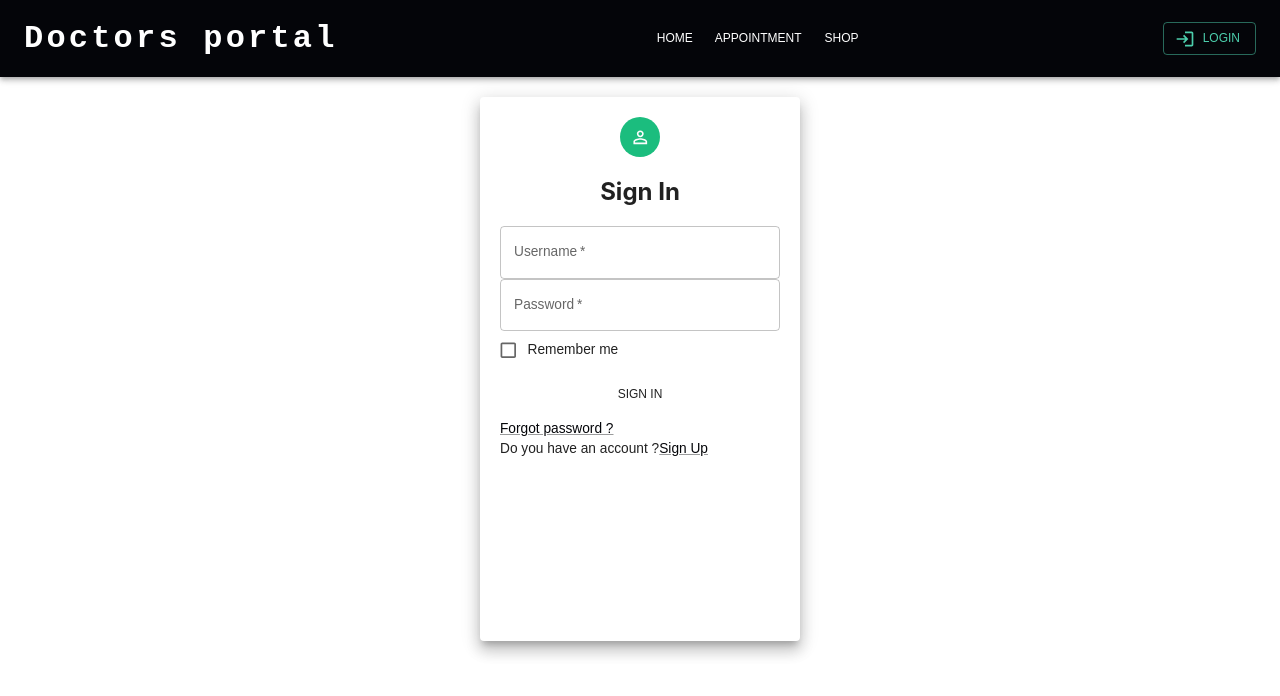
Repository: mdrubel02/health-care
Page: /login
These files come from the project's save history. The page is drawn as it stood at one moment and after the next save; the edit follows.
The browser window is 1280 px wide. The pictures show the whole page.
The project was rebuilt for these pictures with package versions that can differ from the ones it lists, and the page was loaded fresh each time. Also part of the build but not shown: src/Pages/Appointment/Appointment.js, src/Pages/Home/Banner/Banner.js, src/Pages/Home/Information/Information.js, src/Pages/Home/Services/Services.js, src/Pages/Home/Home.js, src/Animation/index.js, src/Styles/Product/index.js, src/Pages/Shop/ProductMeta.js and 3 more.

Above is the page before, as saved 2022-11-20 14:08:23.

### src/index.js
import React from 'react';
import ReactDOM from 'react-dom';
import './index.css';
import App from './App';
import reportWebVitals from './reportWebVitals';
import { ColorContextProvider } from './Theme/Theme';

ReactDOM.render(
  <React.StrictMode>
    <ColorContextProvider>
      <App />
    </ColorContextProvider>
  </React.StrictMode>,
  document.getElementById('root')
);

// If you want to start measuring performance in your app, pass a function
// to log results (for example: reportWebVitals(console.log))
// or send to an analytics endpoint. Learn more: https://bit.ly/CRA-vitals
reportWebVitals();

### src/App.js
import { RouterProvider } from 'react-router-dom';
import router from './Layout/router';

function App() {
  return (
    <div>
     <RouterProvider router={router}></RouterProvider>
    </div>
  );
}

export default App;

### src/Theme/Theme.js
import { createTheme, ThemeProvider } from "@mui/material";
import { createContext, useMemo, useState } from "react";

// color design tokens export
export const DrawerWidth = 250;
export const tokens = (mode) => ({
    ...(mode === "dark"
        ? {
            grey: {
                100: "#e0e0e0",
                200: "#c2c2c2",
                300: "#a3a3a3",
                400: "#858585",
                500: "#666666",
                600: "#525252",
                700: "#3d3d3d",
                800: "#292929",
                900: "#141414",
            },
            primary: {
                100: "#d0d1d5",
                200: "#a1a4ab",
                300: "#727681",
                400: "#1F2A40",
                500: "#141b2d",
                600: "#101624",
                700: "#0c101b",
                800: "#080b12",
                900: "#040509",
            },
            greenAccent: {
                100: "#dbf5ee",
                200: "#b7ebde",
                300: "#94e2cd",
                400: "#70d8bd",
                500: "#4cceac",
                600: "#3da58a",
                700: "#2e7c67",
                800: "#1e5245",
                900: "#0f2922",
            },
            redAccent: {
                100: "#f8dcdb",
                200: "#f1b9b7",
                300: "#e99592",
                400: "#e2726e",
                500: "#db4f4a",
                600: "#af3f3b",
                700: "#832f2c",
                800: "#58201e",
                900: "#2c100f",
            },
            blueAccent: {
                100: "#e1e2fe",
                200: "#c3c6fd",
                300: "#a4a9fc",
                400: "#868dfb",
                500: "#6870fa",
                600: "#535ac8",
                700: "#3e4396",
                800: "#2a2d64",
                900: "#151632",
            },
        }
        : {
            grey: {
                100: "#141414",
                200: "#292929",
                300: "#3d3d3d",
                400: "#525252",
                500: "#666666",
                600: "#858585",
                700: "#a3a3a3",
                800: "#c2c2c2",
                900: "#e0e0e0",
            },
            primary: {
                100: "#040509",
                200: "#080b12",
                300: "#0c101b",
                400: "#f2f0f0", // manually changed
                500: "#141b2d",
                600: "#1F2A40",
                700: "#727681",
                800: "#a1a4ab",
                900: "#d0d1d5",
            },
            greenAccent: {
                100: "#0f2922",
                200: "#1e5245",
                300: "#2e7c67",
                400: "#3da58a",
                500: "#4cceac",
                600: "#70d8bd",
                700: "#94e2cd",
                800: "#b7ebde",
                900: "#dbf5ee",
            },
            redAccent: {
                100: "#2c100f",
                200: "#58201e",
                300: "#832f2c",
                400: "#af3f3b",
                500: "#db4f4a",
                600: "#e2726e",
                700: "#e99592",
                800: "#f1b9b7",
                900: "#f8dcdb",
            },
            blueAccent: {
                100: "#151632",
                200: "#2a2d64",
                300: "#3e4396",
                400: "#535ac8",
                500: "#6870fa",
                600: "#868dfb",
                700: "#a4a9fc",
                800: "#c3c6fd",
                900: "#e1e2fe",
            },
        }),
});

// mui theme settings
export const themeSettings = (mode) => {
    const colors = tokens(mode);
    return {
        palette: {
            mode: mode,
            ...(mode === "dark"
                ? {
                    // palette values for dark mode
                    primary: {
                        main: colors.primary[500],
                    },
                    secondary: {
                        main: colors.greenAccent[500],
                    },
                    neutral: {
                        dark: colors.grey[700],
                        main: colors.grey[500],
                        light: colors.grey[100],
                    },
                    background: {
                        default: colors.primary[500],
                    },
                }
                : {
                    // palette values for light mode
                    primary: {
                        main: colors.primary[100],
                    },
                    secondary: {
                        main: colors.greenAccent[500],
                    },
                    neutral: {
                        dark: colors.grey[700],
                        main: colors.grey[500],
                        light: colors.grey[100],
                    },
                    background: {
                        default: "#fcfcfc",
                    },
                }),
        },
        components: {

            MuiButton: {
                defaultProps: {
                    disableRipple: true,
                    disableElevation: true,
                    styleOverrides: {
                        textDecoration: 'none',
                        "&:hover": {
                            color: "#fff"
                        }
                    },
                },
                MuiTooltip: {
                    defaultProps: {
                      arrow: true,
                    },
                    styleOverrides: {
                      tooltip: {
                        background: '',
                      },
                      arrow: {
                        color: '',
                      },
                    },
                  },
            },
            MuiDrawer: {
                styleOverrides: {
                  paper: {
                    width: DrawerWidth,
                    background: '',
                    color: '',
                    borderRadius: '0px 100px 0px 0px',
                    borderRight: `1px solid `
                  }
                }
              },
              MuiDivider: {
                styleOverrides: {
                  root: {
                    borderColor: 'gray'
                  }
                }
              },
        },
        typography: {
            fontFamily: ["Source Sans Pro", "sans-serif"].join(","),
            fontSize: 12,
            h1: {
                fontFamily: ["Source Sans Pro", "sans-serif"].join(","),
                fontSize: 40,
            },
            h2: {
                fontFamily: ["Source Sans Pro", "sans-serif"].join(","),
                fontSize: 32,
            },
            h3: {
                fontSize: '1.3rem',
                letterSpacing: '0rem',
                '@media (min-width:600px)': {
                  fontSize: '2rem',
                },
            },
            h4: {
                fontFamily: ["Source Sans Pro", "sans-serif"].join(","),
                fontSize: 20,
            },
            h5: {
                fontFamily: ["Source Sans Pro", "sans-serif"].join(","),
                fontSize: 16,
            },
            h6: {
                fontFamily: ["Source Sans Pro", "sans-serif"].join(","),
                fontSize: 14,
            },
        },
    };
};

export const ColorModeContext = createContext({
    toggleMode: () => { },
    mode: "light"
})


export const ColorContextProvider = ({ children }) => {
    const [mode, setMode] = useState("light")

    const colorMode = useMemo(() => ({
        toggleMode: () => setMode(prevMode => prevMode === "light" ? "dark" : "light"),
        mode
    }), [mode])
    const theme = useMemo(() => createTheme(themeSettings(mode)), [mode]);

    return (
        <ColorModeContext.Provider value={colorMode}>
            <ThemeProvider theme={theme}>
                {children}
            </ThemeProvider>
        </ColorModeContext.Provider>
    )
}

### src/Layout/router.js
import { createBrowserRouter } from "react-router-dom";
import Appointment from "../Pages/Appointment/Appointment";
import Home from "../Pages/Home/Home";
import Login from "../Pages/Login/Login";
import Shop from "../Pages/Shop/Shop";
import Main from "./Main";


const router = createBrowserRouter([{
    path: '/',
    element: <Main/>,
    children: [
        {path: '/',element: <Home/>},
        {path: '/home',element: <Home/>},
        {path: '/appointment',element: <Appointment/>},
        {path: '/shop',element: <Shop/>},
        {path: '/login',element: <Login/>},
    ]
}])
export default router;

### src/Pages/Login/Login.js
import { Avatar, Button, Checkbox, FormControlLabel, Grid, Link, Paper, TextField, Typography } from '@mui/material';
import PersonOutlineIcon from '@mui/icons-material/PersonOutline';
import React from 'react';

const Login = () => {
    const paperStyle={padding :20,height:'70vh',width:280, margin:"20px auto"}
    const avatarStyle={backgroundColor:'#1bbd7e'}
    const btnstyle={margin:'8px 0'}
    return (
        <Grid>
            <Paper elevation={10} style={paperStyle}>
                <Grid align='center'>
                     <Avatar style={avatarStyle}><PersonOutlineIcon/></Avatar>
                    <h2>Sign In</h2>
                </Grid>
                <TextField label='Username' placeholder='Enter username' fullWidth required/>
                <TextField label='Password' placeholder='Enter password' type='password' fullWidth required/>
                <FormControlLabel
                    control={
                    <Checkbox
                        name="checkedB"
                        color="secondary"
                    />
                    }
                    label="Remember me"
                 />
                <Button type='submit' color='primary' variant="contend" style={btnstyle} fullWidth>Sign in</Button>
                <Typography >
                     <Link href="#" >
                        Forgot password ?
                </Link>
                </Typography>
                <Typography > Do you have an account ?
                     <Link href="#" >
                        Sign Up
                </Link>
                </Typography>
            </Paper>
        </Grid>
    );
};

export default Login;

### src/Layout/Main.js
import React from 'react';
import { Outlet } from 'react-router-dom';
import Header from '../Pages/Header/Header';

const Main = () => {
    return (
        <div>
           <Header/>
           <Outlet/>

        </div>
    );
};

export default Main;

### src/Pages/Header/Header.js
import { AppBar, Avatar, Box, Button, Container, IconButton, Menu, MenuItem, Toolbar, Tooltip, Typography, useTheme } from '@mui/material';
import AdbIcon from '@mui/icons-material/Adb';
import MenuIcon from '@mui/icons-material/Menu';
import { Link as RouterLink } from 'react-router-dom';
import React, { useState } from 'react';
import { tokens } from '../../Theme/Theme';
// import { Link } from 'react-router-dom';
import LoginIcon from '@mui/icons-material/Login';
import './Header.css'


const settings = ['Profile', 'Account', 'Dashboard', 'Logout'];

const Header = () => {
    const theme = useTheme();
    const colors = tokens(theme.palette.mode);
    const [anchorElNav, setAnchorElNav] = useState(null);
    const [anchorElUser, setAnchorElUser] = useState(null);

    const items = <React.Fragment>
        <Button sx={{ color: 'white' }} component={RouterLink} to="/home">Home</Button>
        <Button sx={{ color: 'white' }} component={RouterLink} to="/appointment">Appointment</Button>
        <Button sx={{ color: 'white' }} component={RouterLink} to="/shop">Shop</Button>
    </React.Fragment>

    const handleOpenNavMenu = (event) => {
        setAnchorElNav(event.currentTarget);
    };
    const handleOpenUserMenu = (event) => {
        setAnchorElUser(event.currentTarget);
    };

    const handleCloseNavMenu = () => {
        setAnchorElNav(null);
    };

    const handleCloseUserMenu = () => {
        setAnchorElUser(null);
    };
    return (
        <AppBar position="static">
            <Container maxWidth="xl">
                <Toolbar disableGutters>

                    <Typography
                        variant="h3"
                        noWrap
                        component="a"
                        href="/"
                        sx={{
                            mr: 2,
                            display: { xs: 'none', md: 'flex' },
                            fontFamily: 'monospace',
                            fontWeight: 700,
                            letterSpacing: '.2rem',
                            color: 'inherit',
                            textDecoration: 'none',
                        }}
                    >
                        Doctors portal
                    </Typography>

                    <Box className='middle' sx={{ flexGrow: 1, display: { xs: 'flex', md: 'none' }, justifyContent: 'center' }}>
                        <IconButton
                            size="large"
                            aria-label="account of current user"
                            aria-controls="menu-appbar"
                            aria-haspopup="true"
                            onClick={handleOpenNavMenu}
                            color="inherit"
                        >
                            <MenuIcon />
                        </IconButton>
                        <Menu
                            id="menu-appbar"
                            anchorEl={anchorElNav}
                            anchorOrigin={{
                                vertical: 'bottom',
                                horizontal: 'left',
                            }}
                            keepMounted
                            transformOrigin={{
                                vertical: 'top',
                                horizontal: 'left',
                            }}
                            open={Boolean(anchorElNav)}
                            onClose={handleCloseNavMenu}
                            sx={{
                                display: { xs: 'block', md: 'none' },
                            }}
                        >

                            <MenuItem onClick={handleCloseNavMenu}>
                                <Typography variant="h5" sx={{ color: 'withe' }} textAlign="center">{items}</Typography>
                            </MenuItem>

                        </Menu>
                    </Box>

                    <Typography
                        variant="h3"
                        noWrap
                        component="a"
                        href=""
                        sx={{
                            mr: 2,
                            display: { xs: 'flex', md: 'none' },
                            flexGrow: 1,
                            fontFamily: 'monospace',
                            fontWeight: 700,
                            letterSpacing: '.3rem',
                            color: 'inherit',
                            textDecoration: 'none',
                        }}
                    >
                        Doctors portal
                    </Typography>
                    <Box sx={{ flexGrow: 1, display: { xs: 'none', md: 'flex' } }}>

                        <Button

                            onClick={handleCloseNavMenu}
                            sx={{ color: `${colors.grey[400]} !important`, my: 2, display: 'block' }}
                        >
                            {items}
                        </Button>

                    </Box>





                    <Box sx={{ flexGrow: 0 }}>
                        <Button
                            color='secondary'
                            variant="outlined" component={RouterLink} to='/login' startIcon={<LoginIcon />}>
                            Login
                        </Button>
                        {/* <Tooltip title="Open settings">
                            <IconButton onClick={handleOpenUserMenu} sx={{ p: 0 }}>
                                <Avatar alt="Remy Sharp" src="/static/images/avatar/2.jpg" />
                            </IconButton>
                        </Tooltip>
                        <Menu
                            sx={{ mt: '45px' }}
                            id="menu-appbar"
                            anchorEl={anchorElUser}
                            anchorOrigin={{
                                vertical: 'top',
                                horizontal: 'right',
                            }}
                            keepMounted
                            transformOrigin={{
                                vertical: 'top',
                                horizontal: 'right',
                            }}
                            open={Boolean(anchorElUser)}
                            onClose={handleCloseUserMenu}
                        >
                            {settings.map((setting) => (
                                <MenuItem key={setting} onClick={handleCloseUserMenu}>
                                    <Typography textAlign="center">{setting}</Typography>
                                </MenuItem>
                            ))}
                        </Menu> */}
                    </Box>
                </Toolbar>
            </Container>
        </AppBar>
    );
};

export default Header;

### src/Pages/Header/Header.css
.lip{
    color: white;
}
.css-1t6c9ts{
    justify-content: center;
}

Loaded but not shown: public/index.html (common file); src/index.css (common file); src/reportWebVitals.js (common file)

After the next save:
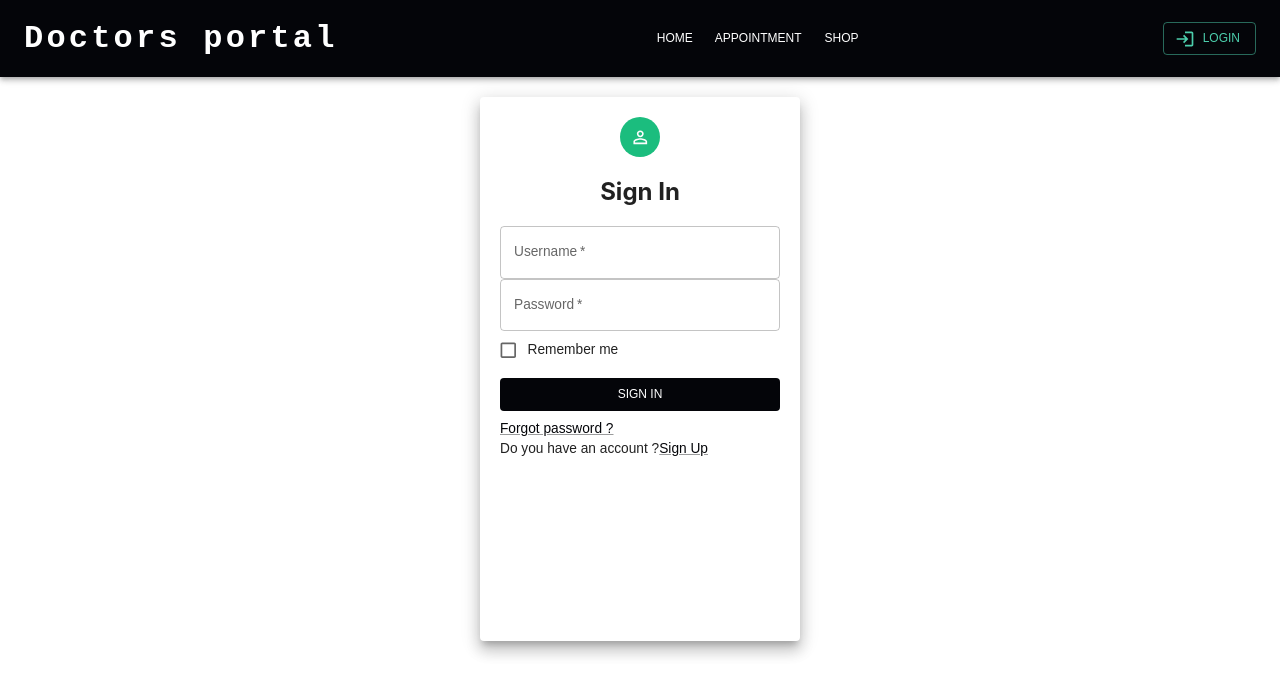
Saved 19 s later.
--- a/src/Pages/Login/Login.js
+++ b/src/Pages/Login/Login.js
@@ -24,7 +24,7 @@ const Login = () => {
                     }
                     label="Remember me"
                  />
-                <Button type='submit' color='primary' variant="contend" style={btnstyle} fullWidth>Sign in</Button>
+                <Button type='submit' color='primary' variant="contained" style={btnstyle} fullWidth>Sign in</Button>
                 <Typography >
                      <Link href="#" >
                         Forgot password ?
